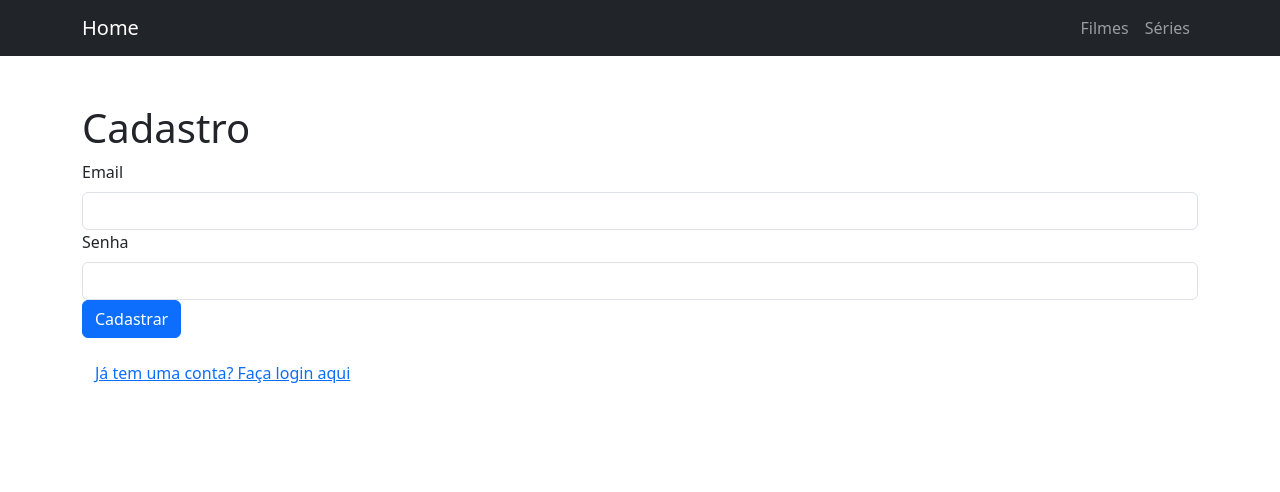
Repository: LeandroFariasMatos/Dev-web
Page: /Cadastro (app in frontend/dev-web/)
An editor plug-in stored every save of this project. The page is shown before and after the next save, followed by the edit.
The browser window is 1280 px wide. The pictures show the whole page.
The project was rebuilt for these pictures with package versions that can differ from the ones it lists, and the page was loaded fresh each time. Also part of the build but not shown: frontend/dev-web/src/pages/Home.tsx, frontend/dev-web/src/components/FilmeCard.tsx, frontend/dev-web/src/services/FilmesApi.tsx, frontend/dev-web/src/pages/Filmes.tsx, frontend/dev-web/src/services/SeriesApi.tsx, frontend/dev-web/src/components/SerieCard.tsx, frontend/dev-web/src/pages/Series.tsx, frontend/dev-web/src/pages/Filme.tsx and 5 more.

Above is the page before, as saved 2024-07-07 15:08:26.

### frontend/dev-web/src/index.tsx
import React from 'react';
import ReactDOM from 'react-dom/client';
import './index.css';
import App from './App';
import reportWebVitals from './reportWebVitals';
import 'bootstrap/dist/css/bootstrap.min.css'

const root = ReactDOM.createRoot(
  document.getElementById('root') as HTMLElement
);
root.render(
  <React.StrictMode>
    <App />
  </React.StrictMode>
);

// If you want to start measuring performance in your app, pass a function
// to log results (for example: reportWebVitals(console.log))
// or send to an analytics endpoint. Learn more: https://bit.ly/CRA-vitals
reportWebVitals();

### frontend/dev-web/src/App.tsx
import { AppRoutes } from "./routes/routes";

function App(){
  return (
    <>
      <AppRoutes/>
    </>
  )
}

export default App;

### frontend/dev-web/src/routes/routes.tsx
import { BrowserRouter, Navigate, Route, Routes, useNavigate } from "react-router-dom"
import { Home } from "../pages/Home"
import Filmes from "../pages/Filmes"
import Series from "../pages/Series"
import Filme from "../pages/Filme"
import Serie from "../pages/Serie"
import AvaliarFilme  from "../pages/AvaliarFilme"
import AvaliarSerie  from "../pages/AvaliarSerie"
import Login from "../pages/Login"
import Cadastro from "../pages/Cadastro"

export const AppRoutes = () => {

    return (
        <BrowserRouter>
            <Routes>
                <Route path='/Home' element={<Home />}></Route>
                <Route path='/Filmes' element={<Filmes />}></Route>
                <Route path='/Series' element={<Series />}></Route>
                <Route path="/Filme/:id" element={<Filme />}></Route>
                <Route path="/Serie/:id" element={<Serie />}></Route>
                <Route path="/Avaliar/Filme/:id" element={<AvaliarFilme />}></Route>
                <Route path="/Avaliar/Serie/:id" element={<AvaliarSerie />}></Route>
                <Route path="/" element={<Navigate to="/Login" />} />
                <Route path="/Login" element={<Login />} />
                <Route path="/Cadastro" element={<Cadastro />} />
            </Routes>
        </BrowserRouter>
    )
}

### frontend/dev-web/src/pages/Cadastro.tsx
import React, { useState } from 'react';
import { Container, Form, Button, Navbar, Nav, Alert } from 'react-bootstrap';
import { useNavigate } from 'react-router-dom';

const Cadastro: React.FC = () => {
  const navigate = useNavigate();
  const [email, setEmail] = useState<string>('');
  const [password, setPassword] = useState<string>('');
  const [error, setError] = useState<string | null>(null);

  const handleSubmit = async (e: React.FormEvent) => {
    e.preventDefault();
    const data = {
      email,
      password,
    };

    try {
      const response = await fetch('http://localhost:8080/cadastro', {
        method: 'POST',
        headers: {
          'Content-Type': 'application/json'
        },
        body: JSON.stringify(data)
      });

      if (!response.ok) {
        throw new Error('Erro ao cadastrar');
      }

      // Sucesso no cadastro, redirecionar para a página de login
      navigate('/Login');
    } catch (error) {
      console.error('Erro ao cadastrar', error);
      setError('Erro ao cadastrar. Tente novamente.');
    }
  };

  return (
    <>
      <Navbar bg="dark" variant="dark">
        <Container>
          <Navbar.Brand href="/Home">Home</Navbar.Brand>
          <Nav className="mr-auto">
            <Nav.Link href="/Filmes">Filmes</Nav.Link>
            <Nav.Link href="/Series">Séries</Nav.Link>
          </Nav>
        </Container>
      </Navbar>
      <Container className="mt-5">
        <h1>Cadastro</h1>
        {error && <Alert variant="danger">{error}</Alert>}
        <Form onSubmit={handleSubmit}>
          <Form.Group controlId="formEmail">
            <Form.Label>Email</Form.Label>
            <Form.Control
              type="email"
              value={email}
              onChange={(e) => setEmail(e.target.value)}
              required
            />
          </Form.Group>
          <Form.Group controlId="formPassword">
            <Form.Label>Senha</Form.Label>
            <Form.Control
              type="password"
              value={password}
              onChange={(e) => setPassword(e.target.value)}
              required
            />
          </Form.Group>
          <Button variant="primary" type="submit">
            Cadastrar
          </Button>
        </Form>
        <Button
          variant="link"
          className="mt-3"
          onClick={() => navigate('/Login')}
        >
          Já tem uma conta? Faça login aqui
        </Button>
      </Container>
    </>
  );
};

export default Cadastro;

### frontend/dev-web/src/components/FilmeCard.css
.btn-link {
    color: white;
    text-decoration: none;
    display: block;
}

.card-body {
    display: flex;
    flex-direction: column;
}

.mt-auto {
    margin-top: auto;
}

### frontend/dev-web/src/components/SerieCard.css
.btn-link {
    color: white;
    text-decoration: none;
    display: block;
}

.card-body {
    display: flex;
    flex-direction: column;
}

.mt-auto {
    margin-top: auto;
}

Loaded but not shown: frontend/dev-web/public/index.html (common file); frontend/dev-web/src/index.css (common file); frontend/dev-web/src/reportWebVitals.ts (common file)

After the next save:
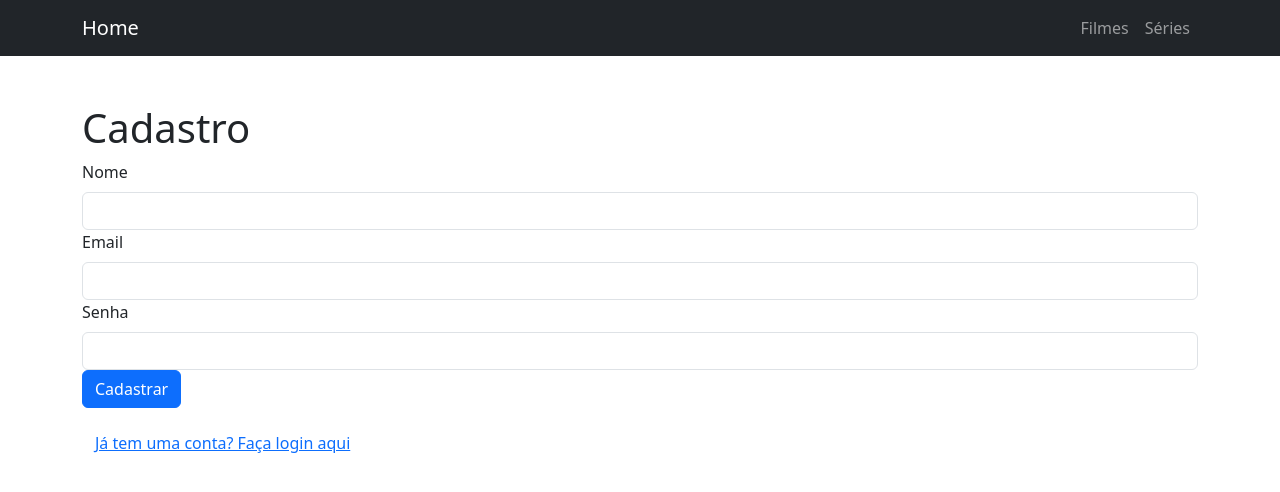
Saved 4 min 42 s later.
--- a/frontend/dev-web/src/pages/Cadastro.tsx
+++ b/frontend/dev-web/src/pages/Cadastro.tsx
@@ -4,6 +4,7 @@ import { useNavigate } from 'react-router-dom';
 
 const Cadastro: React.FC = () => {
   const navigate = useNavigate();
+  const [name, setName] = useState<string>('');
   const [email, setEmail] = useState<string>('');
   const [password, setPassword] = useState<string>('');
   const [error, setError] = useState<string | null>(null);
@@ -11,6 +12,7 @@ const Cadastro: React.FC = () => {
   const handleSubmit = async (e: React.FormEvent) => {
     e.preventDefault();
     const data = {
+      name,
       email,
       password,
     };
@@ -19,20 +21,20 @@ const Cadastro: React.FC = () => {
       const response = await fetch('http://localhost:8080/cadastro', {
         method: 'POST',
         headers: {
-          'Content-Type': 'application/json'
+          'Content-Type': 'application/json',
         },
-        body: JSON.stringify(data)
+        body: JSON.stringify(data),
       });
 
       if (!response.ok) {
-        throw new Error('Erro ao cadastrar');
+        throw new Error('Erro ao fazer cadastro');
       }
 
       // Sucesso no cadastro, redirecionar para a página de login
       navigate('/Login');
     } catch (error) {
-      console.error('Erro ao cadastrar', error);
-      setError('Erro ao cadastrar. Tente novamente.');
+      console.error('Erro ao fazer cadastro', error);
+      setError('Erro ao fazer cadastro. Tente novamente.');
     }
   };
 
@@ -51,6 +53,15 @@ const Cadastro: React.FC = () => {
         <h1>Cadastro</h1>
         {error && <Alert variant="danger">{error}</Alert>}
         <Form onSubmit={handleSubmit}>
+          <Form.Group controlId="formName">
+            <Form.Label>Nome</Form.Label>
+            <Form.Control
+              type="text"
+              value={name}
+              onChange={(e) => setName(e.target.value)}
+              required
+            />
+          </Form.Group>
           <Form.Group controlId="formEmail">
             <Form.Label>Email</Form.Label>
             <Form.Control
